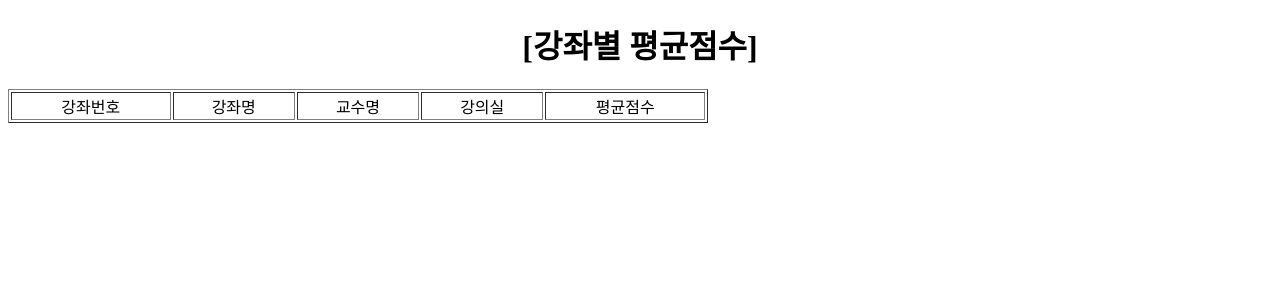
Repository: odasd/Ark-html
Page: http://localhost/ex20200506/list.jsp
The author's editor kept a copy of each file at every save. The page is drawn from the files as they stood at one save, then again after the next save.
The browser window is 1280 px wide. The pictures show the whole page.
The page is served by Tomcat 9. Queries for data that is not in the repository find no rows.

Above is the page before, as saved 2020-05-06 01:42:43.

After the next save:
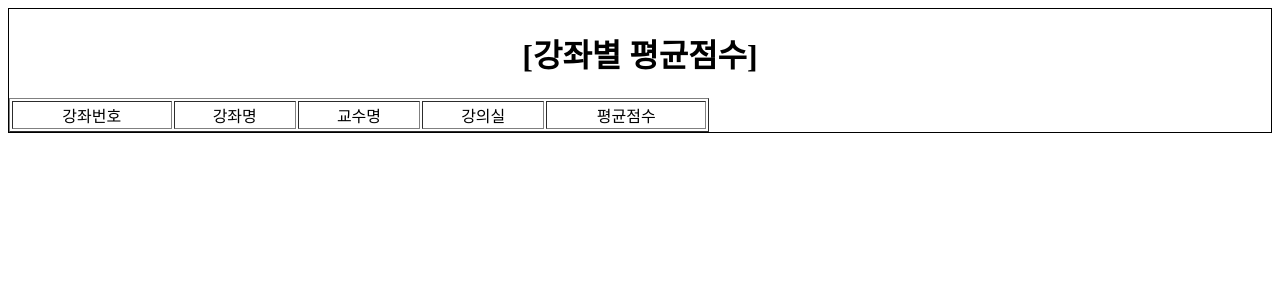
Saved 64 s later.
--- a/20200429/ex20200506/WebContent/list.jsp
+++ b/20200429/ex20200506/WebContent/list.jsp
@@ -6,12 +6,12 @@
 	<meta charset="UTF-8">
 	<title>점수 총계</title>
 	<style>
-		#page {margin:auto; float:center; text-align:center;}
+		#page {margin:auto; float:center; text-align:center; border:1px solid black;}
 		#tbl {matgin:auto; float:center; text-align:center;}
 	</style>
 </head>
 <body>
-	<div id=page border=1 width=1000>
+	<div id=page width=1000>
 	<h1>[강좌별 평균점수]</h1>
 	<table border=1 width=700 id=tbl>
 		<tr>

After the save that followed:
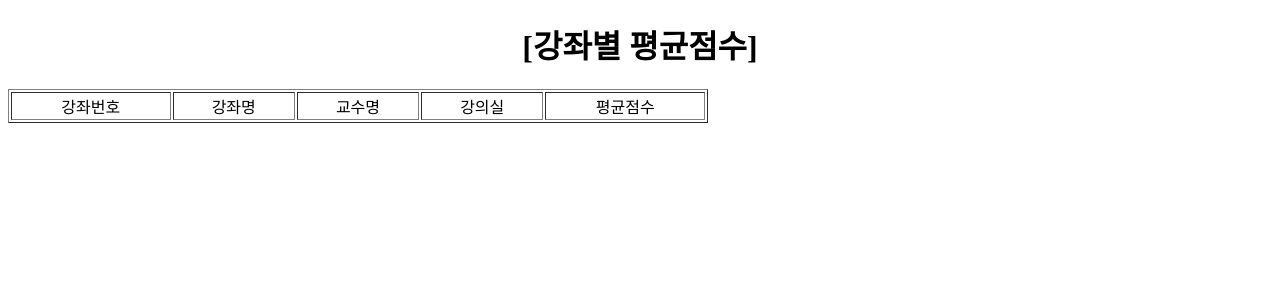
Saved 27 s later.
--- a/20200429/ex20200506/WebContent/list.jsp
+++ b/20200429/ex20200506/WebContent/list.jsp
@@ -6,7 +6,7 @@
 	<meta charset="UTF-8">
 	<title>점수 총계</title>
 	<style>
-		#page {margin:auto; float:center; text-align:center; border:1px solid black;}
+		#page {margin:auto; float:center; text-align:center;}
 		#tbl {matgin:auto; float:center; text-align:center;}
 	</style>
 </head>
